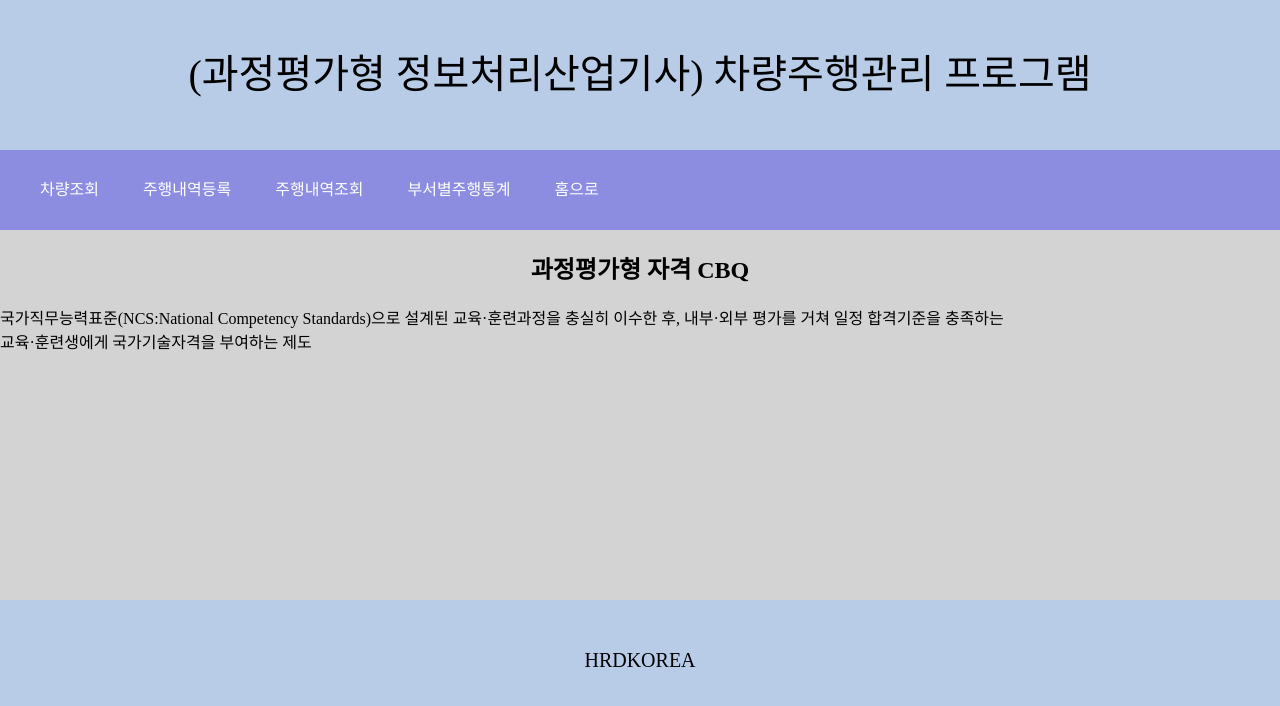
Repository: junhee97/-
Page: http://localhost/HRD_04/
The author's editor kept a copy of each file at every save. The page is drawn from the files as they stood at one save, then again after the next save.
The browser window is 1280 px wide. The pictures show the whole page.
The page is served by Tomcat 9.

Above is the page before, as saved 2025-08-14 13:50:26.

After the next save:
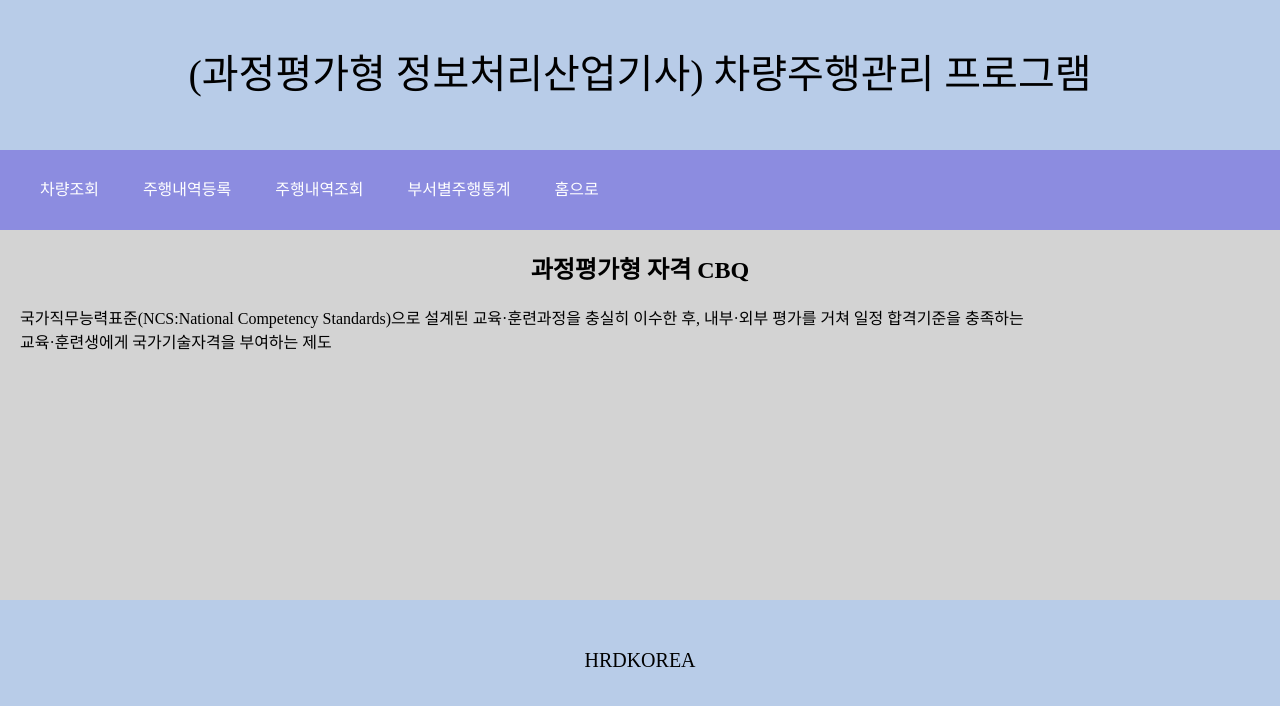
Saved 14 s later.
--- a/HRD_04/WebContent/index.jsp
+++ b/HRD_04/WebContent/index.jsp
@@ -12,7 +12,7 @@
 
 <section style="position: fixed; top: 230px; left: 0px; width: 100%; height: 100%; background-color: lightgray;">
 <h2 style="text-align: center;">과정평가형 자격 CBQ</h2>
-<p>
+<p style="padding-left: 20px;">
 	국가직무능력표준(NCS:National Competency Standards)으로 설계된 교육·훈련과정을 충실히 이수한 후, 내부·외부 평가를 거쳐 일정 합격기준을 충족하는 <br>
 	교육·훈련생에게 국가기술자격을 부여하는 제도
 </p>
